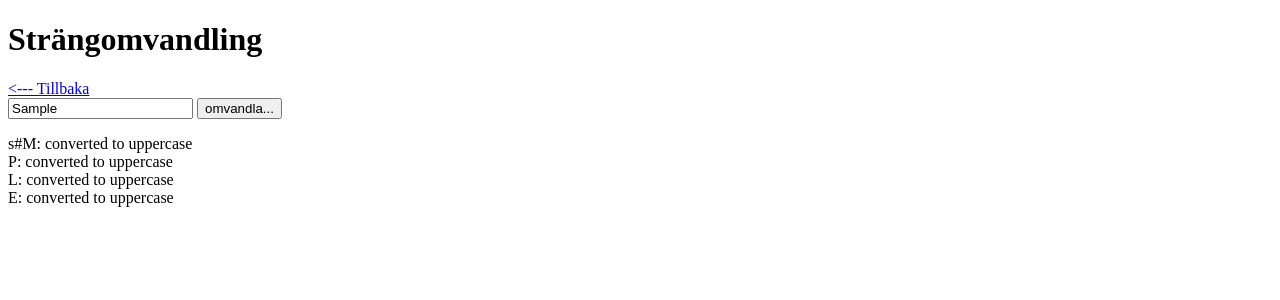
Repository: LindaOtt/1dv403-lo222hd-laborationer
Page: 1-vandalen/strings/index.html
The author's editor kept a record of every edit. The page is drawn from the files as they stood at one moment, then again after the next edit.
The browser window is 1280 px wide. The pictures show the whole page.
Empty fields were first filled with sample values (such as "Sample", 5 or name@example.com).
After loading, the first visible `#send` was clicked once.

Above is the page before.

After the next edit:
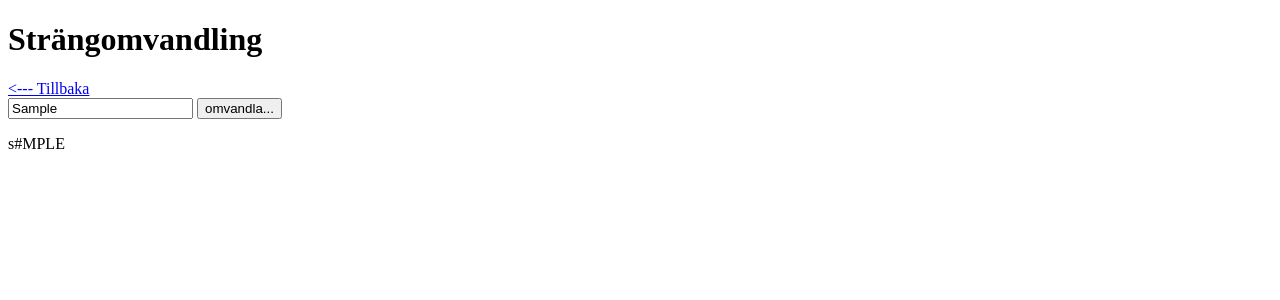
The edit:
--- a/1-vandalen/strings/script.js
+++ b/1-vandalen/strings/script.js
@@ -21,7 +21,7 @@
 			        && str[i] !== str[i].toLowerCase()) {
 			        message = message + str[i].toLowerCase();
 			    } else {
-			        message = message + str[i].toUpperCase() + ": converted to uppercase<br>";
+			        message = message + str[i].toUpperCase();
 			    }
 			}
 		}
